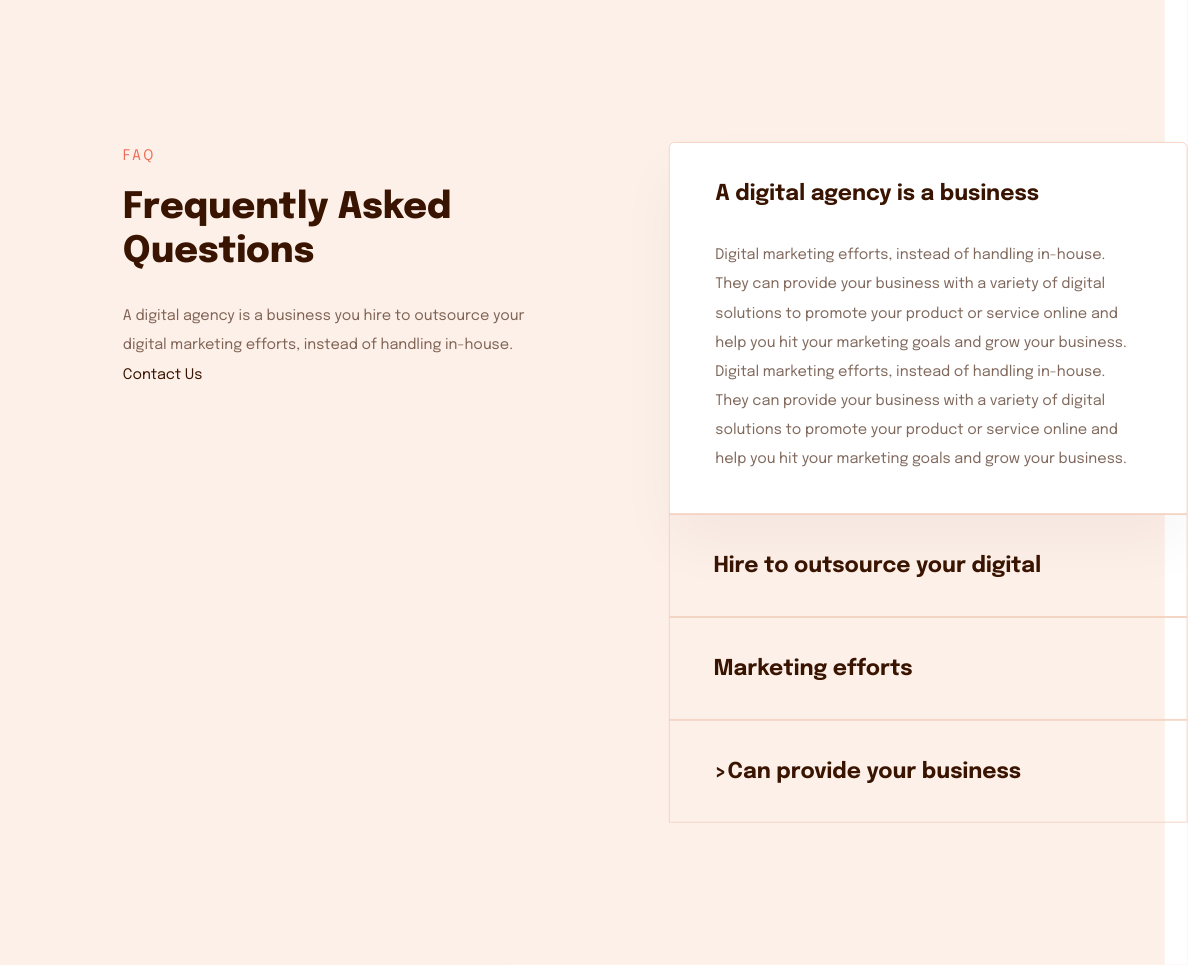
Repository: MehdiKerimov/Figma-task-10
Page: pages/faq/index.html
These files come from the project's save history. The page is drawn as it stood at one moment and after a run of saves; the edit follows.
The browser window is 1280 px wide. The page is 1305 px wide, so the pictures cover 1305 px, including what lies to the right of the window. The pictures show the whole page, at 91% of full size.

Above is the page before, as saved 2023-09-09 15:33:52.

After the next 2 saves:
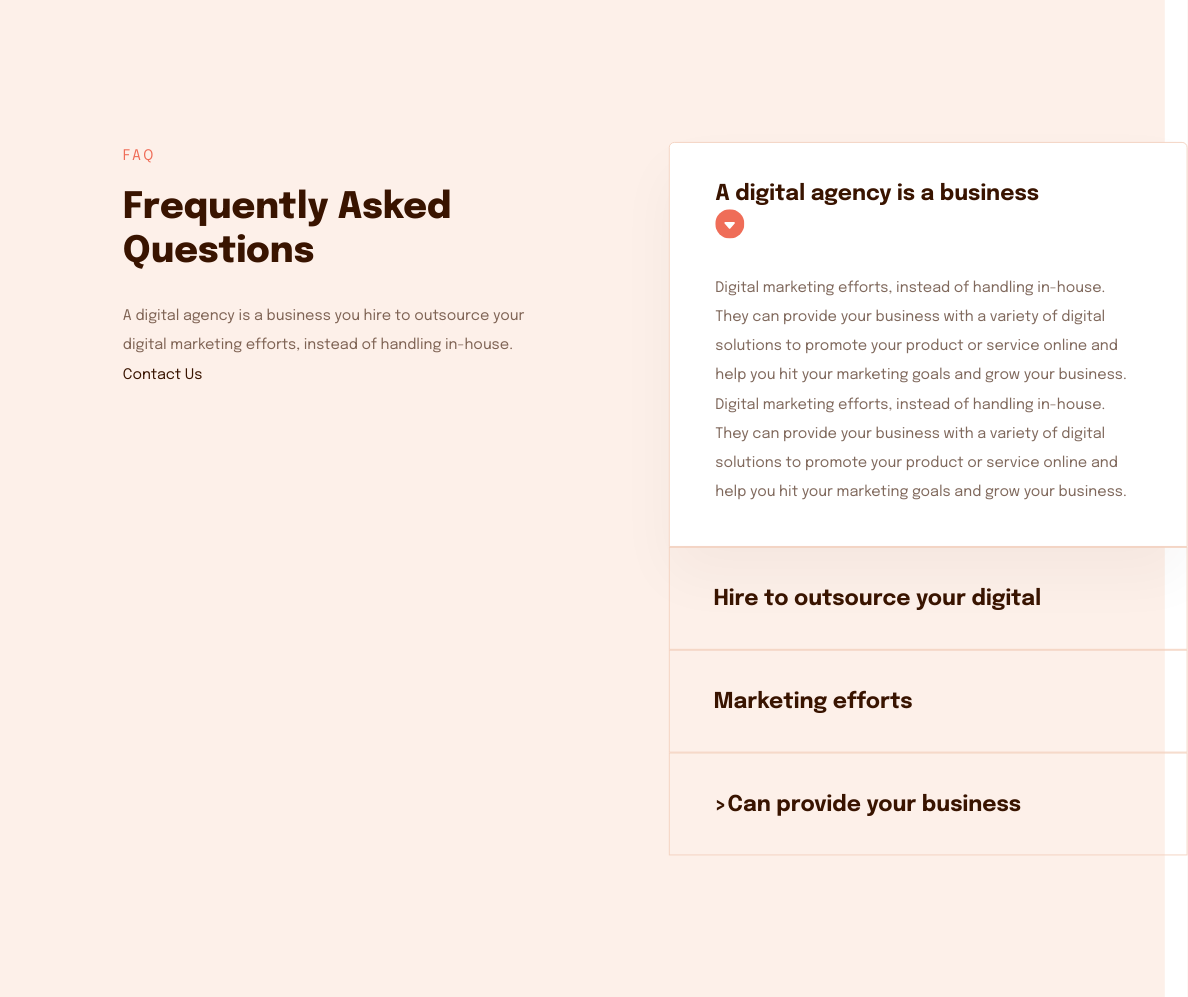
The 2 saves are shown as one change because they came seconds apart.
The last was saved 52 s later.
--- a/pages/faq/index.html
+++ b/pages/faq/index.html
@@ -21,6 +21,10 @@
       <ul>
         <li class="li-1">
           <h3>A digital agency is a business</h3>
+          <svg xmlns="http://www.w3.org/2000/svg" width="32" height="32" viewBox="0 0 32 32" fill="none">
+            <circle cx="16" cy="16" r="16" fill="#EF6D58"/>
+            <path fill-rule="evenodd" clip-rule="evenodd" d="M15.0454 21.14L10.2494 15.658C9.68335 15.013 10.1434 14 11.0024 14H20.5944C20.987 13.9997 21.3435 14.2291 21.5058 14.5867C21.6681 14.9442 21.6061 15.3637 21.3474 15.659L16.5514 21.139C16.3615 21.3563 16.0869 21.481 15.7984 21.481C15.5098 21.481 15.2352 21.3563 15.0454 21.139V21.14Z" fill="white"/>
+            </svg>
           <p>
             Digital marketing efforts, instead of handling in-house. They can
             provide your business with a variety of digital solutions to promote
